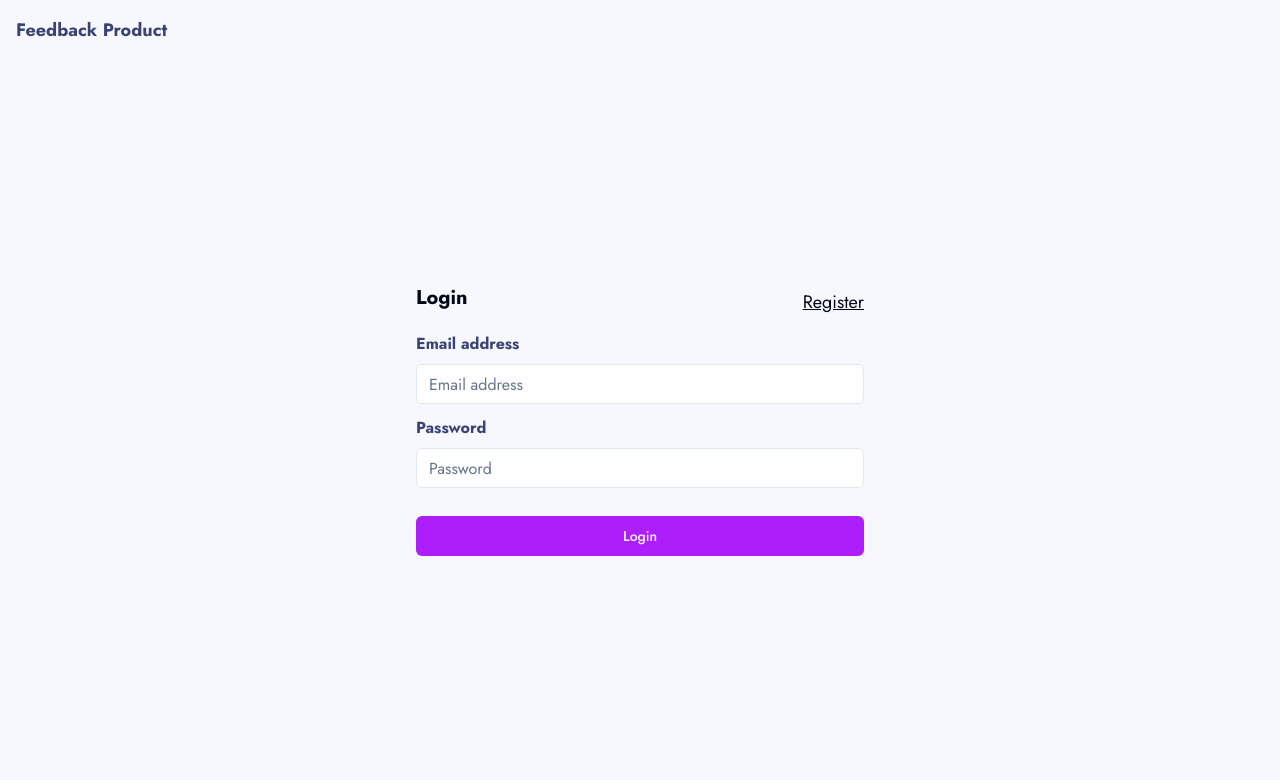
Repository: KornelJanczak/product-feedback-app
Page: /login
The author's editor kept a copy of each file at every save. The page is drawn from the files as they stood at one save, then again after the next save.
The browser window is 1280 px wide. The pictures show the whole page.
The page's requests for data from a server got no answer. The project was rebuilt for these pictures with package versions that can differ from the ones it lists, and the page was loaded fresh each time. The framework's server and built-in components were replaced by stand-ins that run in the browser. No one was signed in, and anything a server would have sent is missing. Also part of the build but not shown: next.config.js, next.config.mjs.

Above is the page before, as saved 2024-01-28 19:46:37.

After the next save:
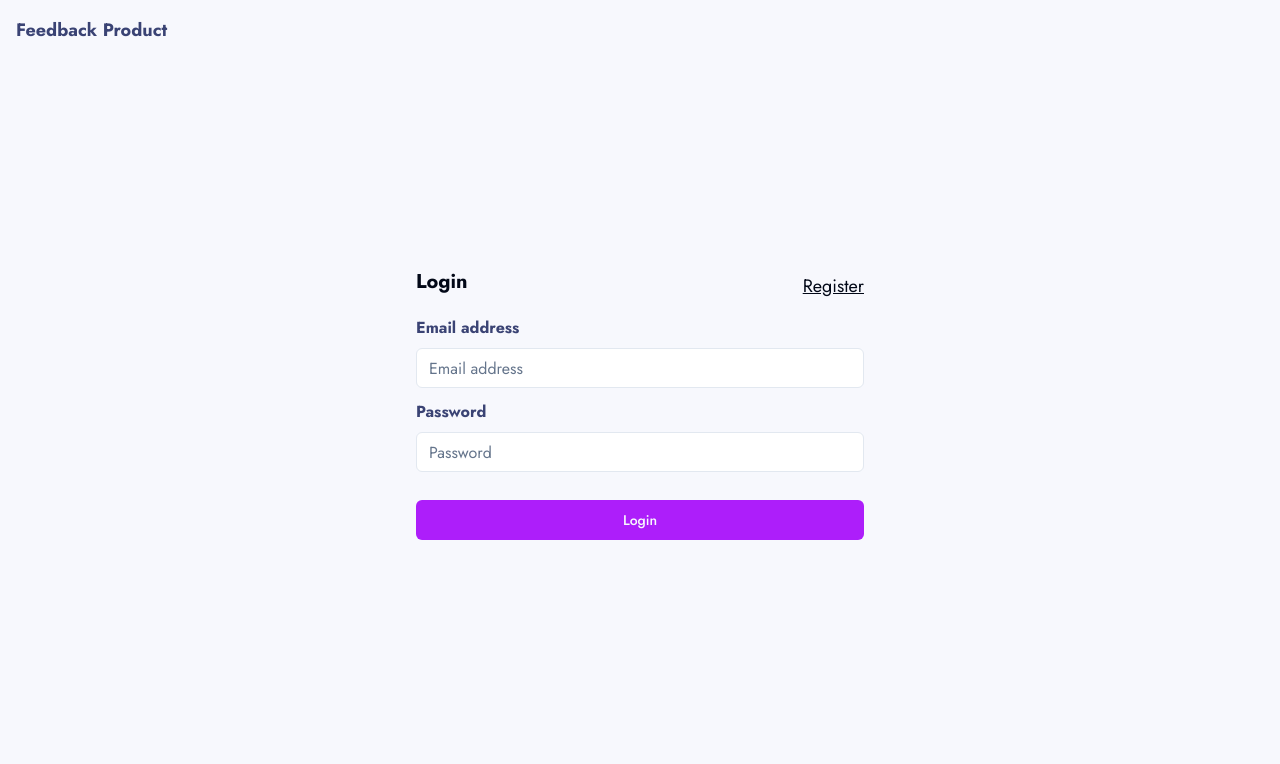
Saved 16 s later.
--- a/app/(auth)/layout.tsx
+++ b/app/(auth)/layout.tsx
@@ -3,7 +3,7 @@ import { ReactNode } from "react";
 export default function Layout({ children }: { children: ReactNode }) {
   return (
     <>
-      <header className="container text-lg font-bold text-secondDark p-4">
+      <header className="container text-lg font-bold text-secondDark pt-4">
         <h2>Feedback Product</h2>
       </header>
       {children}
